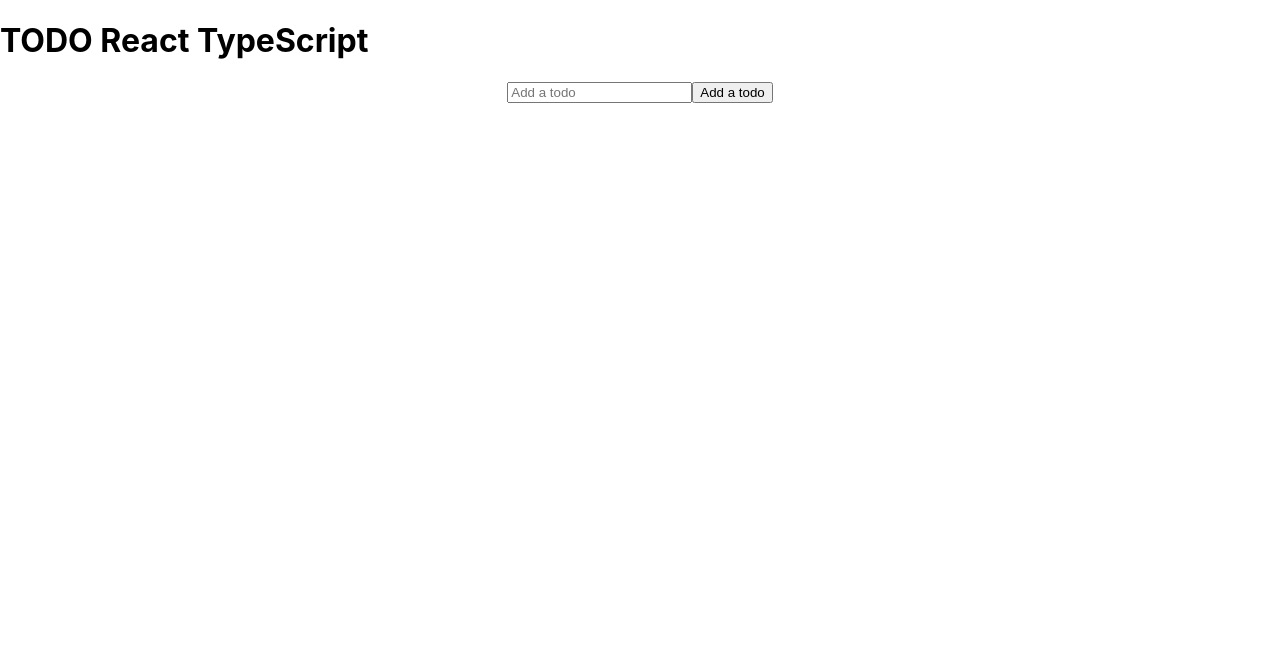
Repository: gligor99/todo-ts-react
Page: /
The author's editor kept a copy of each file at every save. The page is drawn from the files as they stood at one save, then again after the next save.
The browser window is 1280 px wide. The pictures show the whole page.
The project was rebuilt for these pictures with package versions that can differ from the ones it lists, and the page was loaded fresh each time. Also part of the build but not shown: src/components/TodoListItem.tsx.

Above is the page before, as saved 2021-11-19 21:26:37.

After the next save:
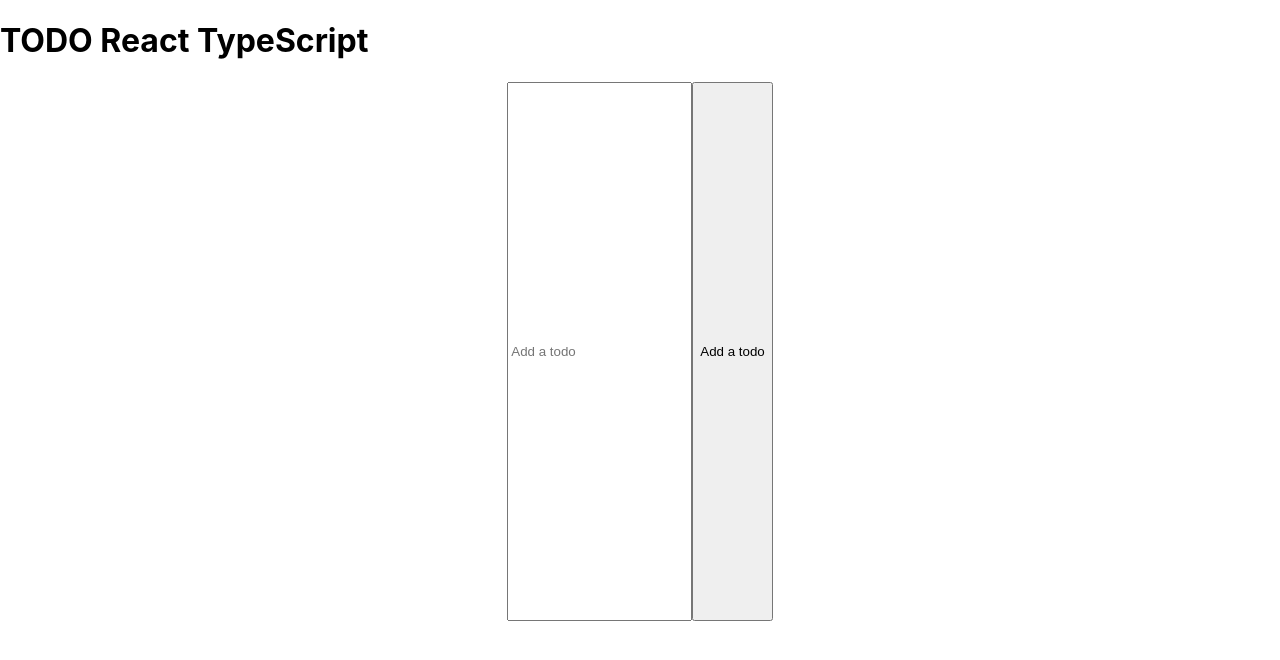
Saved 30 s later.
--- a/src/App.css
+++ b/src/App.css
@@ -3,5 +3,5 @@
     justify-content: center;
 }
 .todo-input {
-    height: 30%;
+    height: 40em;
 }
